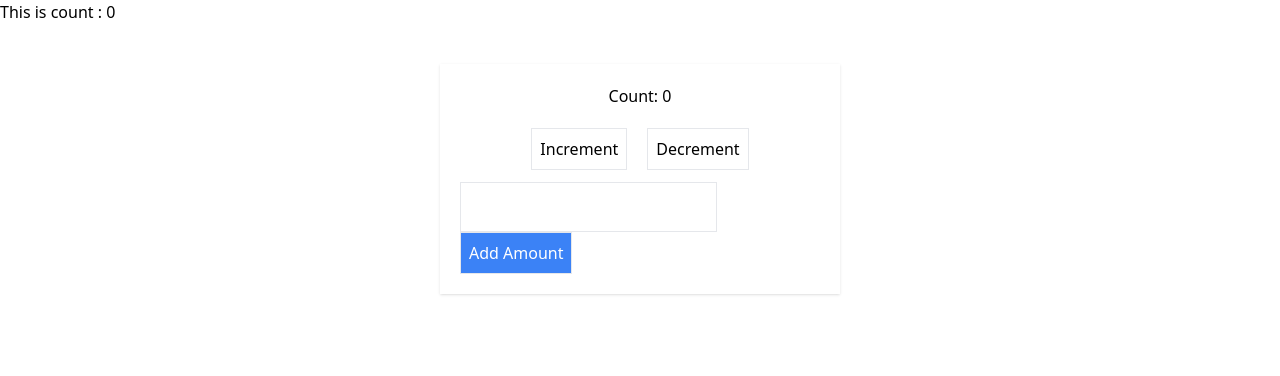
Repository: hoang0508/Learn-Redux-Evon
Page: /
These files come from the project's save history. The page is drawn as it stood at one moment and after the next save; the edit follows.
The browser window is 1280 px wide. The pictures show the whole page.
The project was rebuilt for these pictures with package versions that can differ from the ones it lists, and the page was loaded fresh each time. Also part of the build but not shown: src/App.css.

Above is the page before, as saved 2022-06-16 11:17:58.

### src/index.js
import React from "react";
import { createRoot } from "react-dom/client";
import App from "./App";
import reportWebVitals from "./reportWebVitals";
import "./index.css";
import { Provider } from "react-redux";
import { store } from "./redux/configureStore";

const container = document.getElementById("root");
const root = createRoot(container);

root.render(
  <React.StrictMode>
    <Provider store={store}>
      <App />
    </Provider>
  </React.StrictMode>
);

// If you want to start measuring performance in your app, pass a function
// to log results (for example: reportWebVitals(console.log))
// or send to an analytics endpoint. Learn more: https://bit.ly/CRA-vitals
reportWebVitals();

### src/App.js
import React, { useState } from "react";
import { useSelector } from "react-redux";
import "./App.css";
import Counter from "./components/Counter";

function App() {
  const count = useSelector((state) => state.counter.count);
  return (
    <>
      <h2>This is count : {count}</h2>
      <Counter />
    </>
  );
}

export default App;

### src/redux/configureStore.js
import { createStore, combineReducers, applyMiddleware } from "redux";
import counterReducer from "./counter";
import thunk from "redux-thunk";

const reducer = combineReducers({
  // key: value
  counter: counterReducer,
});

// export default store;
export const store = createStore(reducer, applyMiddleware(thunk));

### src/components/Counter.js
import React, { useState } from "react";
import { useDispatch, useSelector } from "react-redux";
import { addamount, decrement, increment } from "../redux/counter";

const Counter = (props) => {
  const [incrementAmount, setIncrementAmount] = useState(2);
  const count = useSelector((state) => state.counter.count);
  const dispatch = useDispatch();
  const handleIncrement = () => {
    // setCount(() => count + 1);
    dispatch(increment());
  };
  const handleDecrement = () => {
    // setCount(() => count - 1);
    dispatch(decrement());
  };

  //
  const handleAddAmount = () => {
    dispatch(addamount(Number(incrementAmount)));
  };
  return (
    <div className="flex flex-col items-center p-5 bg-white shadow w-[400px] mx-auto mt-10">
      <h2 className="mb-5">Count: {count}</h2>
      <div className="flex justify-center items-center gap-x-5">
        <button
          className="inline-block border-gray-200 p-2 border"
          onClick={handleIncrement}
        >
          Increment
        </button>
        <button
          className="inline-block border-gray-200 p-2 border"
          onClick={handleDecrement}
        >
          Decrement
        </button>
      </div>
      <div className="mt-3">
        <input
          className="border border-gray-200 p-3"
          type="number"
          onChange={(e) => setIncrementAmount(e.target.value)}
        />
        <button
          onClick={handleAddAmount}
          className="inline-block border-gray-200 p-2 border bg-blue-500 text-white"
        >
          Add Amount
        </button>
      </div>
    </div>
  );
};

export default Counter;

### src/redux/counter.js
const INCREMENT = "increment";
const DECREMENT = "decrement";
const ADDAMOUNT = "addamount";

const initialState = {
  count: 0,
};

export const increment = () => ({
  type: INCREMENT,
});

export const decrement = () => ({
  type: DECREMENT,
});

export const addamount = (payload) => ({
  type: ADDAMOUNT,
  payload: payload,
});

function counterReducer(state = initialState, action) {
  switch (action.type) {
    case INCREMENT:
      return {
        ...state,
        count: state.count + 1,
      };

    case DECREMENT:
      return {
        ...state,
        count: state.count - 1,
      };

    case ADDAMOUNT:
      return {
        ...state,
        count: state.count + action.payload,
      };

    default:
      return state;
  }
}

export default counterReducer;

Loaded but not shown: public/index.html (common file); src/reportWebVitals.js (common file); src/index.css (common file); tailwind.config.js (common file)

After the next save:
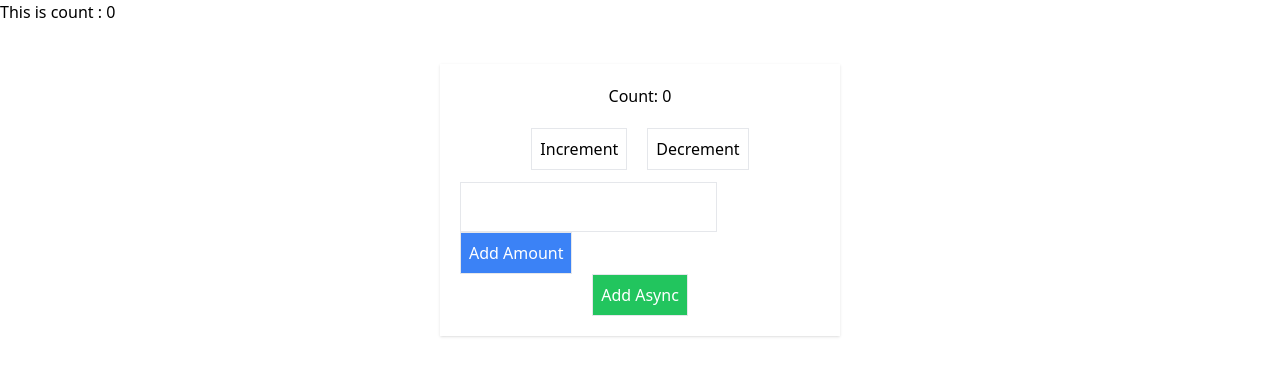
Saved 93 s later.
--- a/src/components/Counter.js
+++ b/src/components/Counter.js
@@ -49,6 +49,11 @@ const Counter = (props) => {
           Add Amount
         </button>
       </div>
+      <div>
+        <button className="inline-block border-gray-200 p-2 border bg-green-500 text-white">
+          Add Async
+        </button>
+      </div>
     </div>
   );
 };
